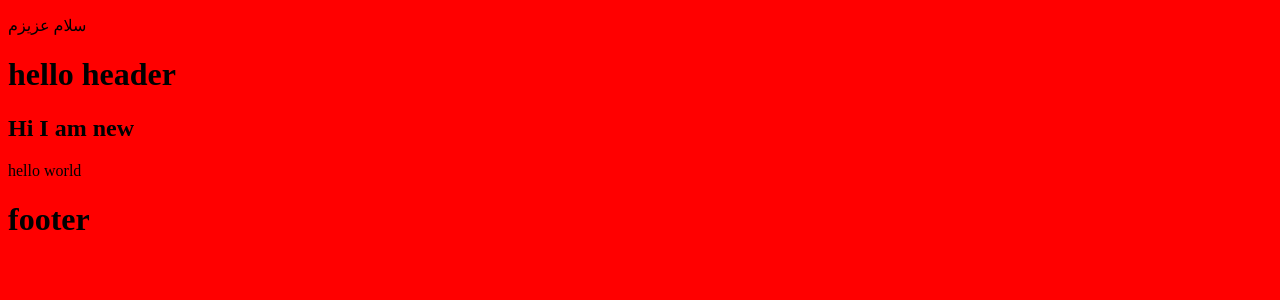
Repository: Rohullah-Noori/shop
Page: index.html
These files come from the project's save history. The page is drawn as it stood at one moment and after the next save; the edit follows.
The browser window is 1280 px wide. The pictures show the whole page.

Above is the page before, as saved 2025-03-06 15:41:38.

### index.html
<!DOCTYPE html>
<html lang="en">
  <head>
    <meta charset="UTF-8" />
    <meta name="viewport" content="width=device-width, initial-scale=1.0" />
    <title>Document</title>
    <style>
      body {
        background-color: red;
      }
    </style>
  </head>
  <body>
    <p>سلام عزیزم</p>
    <h1>hello header</h1>
    <h2>Hi I am new</h2>
    <header>hello world</header>
  </body>
  <footer>
    <h1>footer</h1>
  </footer>
</html>

After the next save:
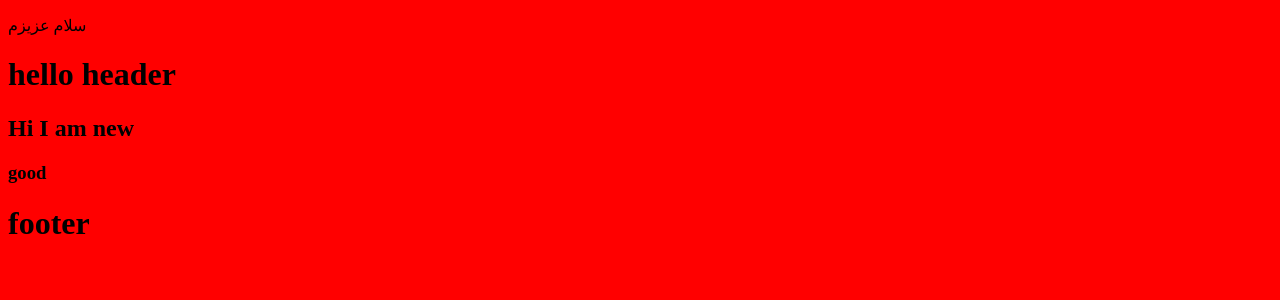
Saved 2 min 34 s later.
--- a/index.html
+++ b/index.html
@@ -14,7 +14,7 @@
     <p>سلام عزیزم</p>
     <h1>hello header</h1>
     <h2>Hi I am new</h2>
-    <header>hello world</header>
+    <h3>good</h3>
   </body>
   <footer>
     <h1>footer</h1>
